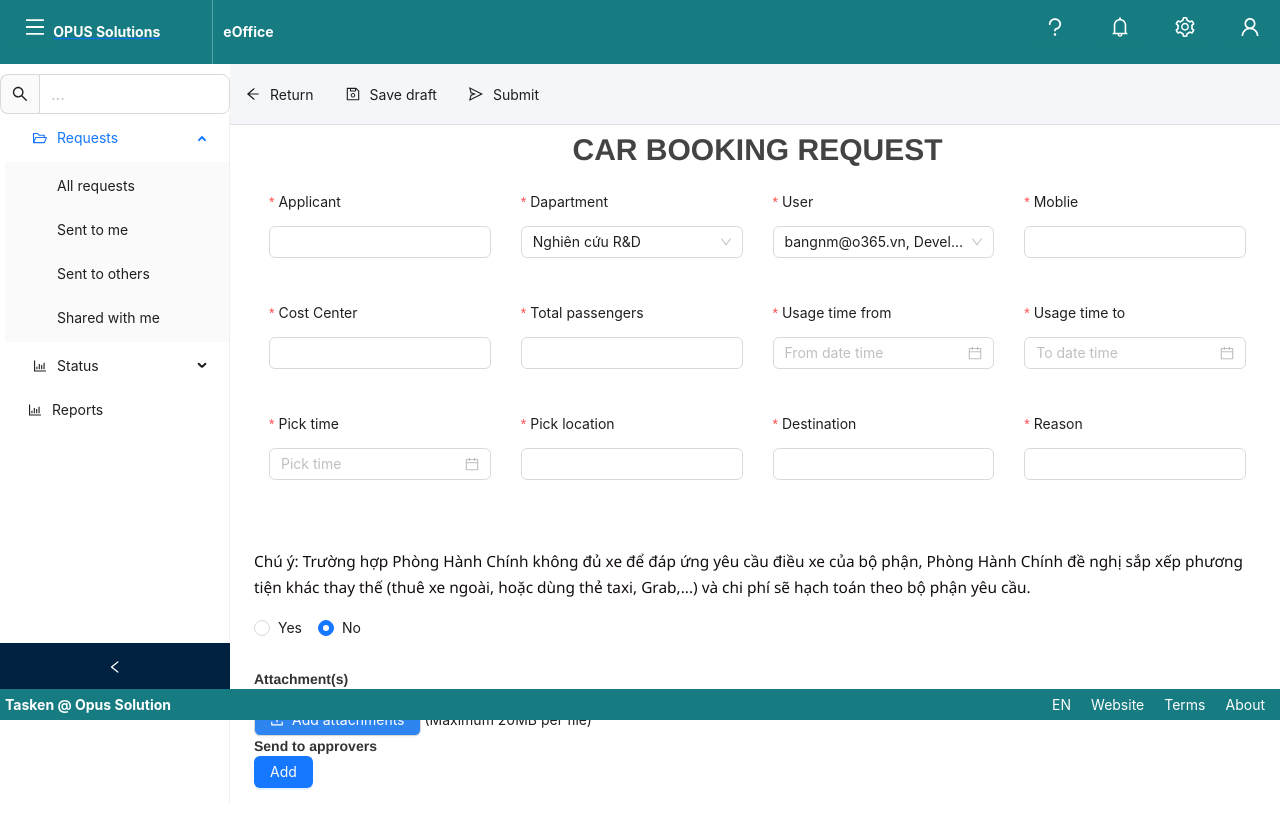
Repository: vannam272008/car-booking
Page: /request/addrequest
These files come from the project's save history. The page is drawn as it stood at one moment and after the next save; the edit follows.
The browser window is 1280 px wide. The pictures show the whole page.
The project was rebuilt for these pictures with package versions that can differ from the ones it lists, and the page was loaded fresh each time. Also part of the build but not shown: src/Components/DetailRequest/Comments/comment.tsx, src/Components/DetailRequest/Menu/menu.tsx, src/Components/DetailRequest/Detail/detail.tsx, src/Pages/ManageRequest/index.css, src/Pages/ManageRequest/ManageRequest.tsx, src/Components/AddRequest/AddRequest/addRequest.css. Imported but missing from the stored project, and not drawn on this page: src/Pages/Home.

Above is the page before, as saved 2023-07-07 09:55:16.

### src/index.tsx
import React from 'react';
import ReactDOM from 'react-dom/client';
import './index.css';
import App from './App';
import reportWebVitals from './reportWebVitals';
import { BrowserRouter } from 'react-router-dom';
import { Provider } from 'react-redux';
import { configureStore } from '@reduxjs/toolkit';
import requestReducer from './Reducers/requestReducer';
import { store } from './Store/store';


const root = ReactDOM.createRoot(
  document.getElementById('root') as HTMLElement
);
root.render(
  <Provider store={store}>
    <React.StrictMode>
      <BrowserRouter>
        <App />
      </BrowserRouter>
    </React.StrictMode>
  </Provider>
);

// If you want to start measuring performance in your app, pass a function
// to log results (for example: reportWebVitals(console.log))
// or send to an analytics endpoint. Learn more: https://bit.ly/CRA-vitals
reportWebVitals();

### src/App.tsx
import { Route, Routes } from 'react-router-dom';
import './App.css';
import Home from './Pages/Home';
import DetailRequest from './Components/DetailRequest/Detail/detail';
import ManageRequest from './Pages/ManageRequest/ManageRequest';
import AddRequest from './Components/AddRequest/AddRequest';


function App() {
  return (
    <Routes>
      <Route path="/" element={<Home />} />
      <Route path="/request/carbooking" element={<ManageRequest />} />
      <Route path="/request/detail" element={<DetailRequest />} />
      <Route path='/request/addrequest' element={<AddRequest />} />
      {/* <Route path="/employee/create" element={<AddEmployee />} />
        <Route path="/department/create" element={<AddDepartment />} /> */}
    </Routes>
  );
}

export default App;

### src/Store/store.ts
import requestReducer from "../Reducers/requestReducer";
import { configureStore, createStore } from "@reduxjs/toolkit";


// export const store = configureStore({
//     reduder: {
//         request: requestReducer
//     }
// });

export const store = createStore(requestReducer);

### src/Components/AddRequest/AddRequest/index.tsx
import React, { useState } from 'react';
import MenuAdd from '../MenuAdd';
import RequestLayout from '../../RequestLayout';
import { Col, Input, Row, Form, Select, DatePicker, Radio, RadioChangeEvent, Upload, Button } from 'antd';
import './addRequest.css'
import { UploadOutlined } from '@ant-design/icons';


function AddRequest(): JSX.Element {
    const profile = false;
    const { Option } = Select;
    const [value, setValue] = useState(2);
    const onChange = (e: RadioChangeEvent) => {
        console.log('radio checked', e.target.value);
        setValue(e.target.value);
    };

    const [inputs, setInputs] = useState<string[]>([]);

    const handleAddInput = () => {
        setInputs([...inputs, '']);
    };

    const handleInputChange = (index: number, value: string) => {
        const newInputs = [...inputs];
        newInputs[index] = value;
        setInputs(newInputs);
    };


    return (
        <RequestLayout profile={profile}>
            {() => (
                <div className='page-request'>
                    <MenuAdd />
                    <div className='page-content'>
                        <div className='table-request'>
                            <h2 className='title-request'>CAR BOOKING REQUEST</h2>
                            <div className='table-content'>
                                <Form className='form-add-request'>
                                    <Row className='row-request'>
                                        <Col span={6} className='col-request'>
                                            <Form.Item
                                                label="Applicant"
                                                name="Applicant"
                                                rules={[
                                                    {
                                                        required: true,
                                                    },
                                                ]}
                                                labelCol={{ span: 24 }}
                                            >
                                                <Input></Input>
                                            </Form.Item>
                                        </Col>
                                        <Col span={6} className='col-request'>
                                            <Form.Item
                                                label="Dapartment"
                                                name="Department"
                                                rules={[
                                                    {
                                                        required: true,
                                                        message: 'Select something!',
                                                    },
                                                ]}
                                                initialValue="1"
                                                labelCol={{ span: 24 }}
                                            >

                                                <Select className='select-add-request' >
                                                    <Option value="1" >
                                                        Nghiên cứu R&D                                                    </Option>
                                                    <Option value="2">
                                                        IT/ Technical                                                    </Option>
                                                </Select>
                                            </Form.Item>
                                        </Col>
                                        <Col span={6} className='col-request'>
                                            <Form.Item
                                                label="User"
                                                name="User"
                                                rules={[
                                                    {
                                                        required: true,
                                                        message: 'Select something!',
                                                    },
                                                ]}
                                                initialValue="1"
                                                labelCol={{ span: 24 }}
                                            >
                                                <Select>
                                                    <Option value="1">
                                                        bangnm@o365.vn, Developer
                                                    </Option>
                                                    <Option value="2">
                                                        bu.test5@o365.vn, Tài xế
                                                    </Option>
                                                </Select>
                                            </Form.Item>
                                        </Col>
                                        <Col span={6} className='col-request'>
                                            <Form.Item
                                                label="Moblie"
                                                name="Mobile"
                                                rules={[
                                                    {
                                                        required: true,
                                                    },
                                                ]}
                                                labelCol={{ span: 24 }}
                                            >
                                                <Input></Input>
                                            </Form.Item>
                                        </Col>
                                    </Row>
                                    <Row className='row-request'>
                                        <Col span={6} className='col-request'>
                                            <Form.Item
                                                label="Cost Center"
                                                name="CostCenter"
                                                rules={[
                                                    {
                                                        required: true,
                                                    },
                                                ]}
                                                labelCol={{ span: 24 }}
                                            >
                                                <Input></Input>
                                            </Form.Item>
                                        </Col>
                                        <Col span={6} className='col-request'>
                                            <Form.Item
                                                label="Total passengers"
                                                name="Totalpassengers"
                                                rules={[
                                                    {
                                                        required: true,
                                                    },
                                                ]}
                                                labelCol={{ span: 24 }}
                                            >
                                                <Input></Input>
                                            </Form.Item>
                                        </Col>
                                        <Col span={6} className='col-request'>
                                            <Form.Item
                                                label="Usage time from"
                                                name="Usagetimefrom"
                                                rules={[
                                                    {
                                                        required: true,
                                                    },
                                                ]}
                                                labelCol={{ span: 24 }}
                                            >
                                                <DatePicker placeholder='From date time' style={{ width: '100%' }} />
                                            </Form.Item>
                                        </Col>
                                        <Col span={6} className='col-request'>
                                            <Form.Item
                                                label="Usage time to"
                                                name="Usagetimeto"
                                                rules={[
                                                    {
                                                        required: true,
                                                    },
                                                ]}
                                                labelCol={{ span: 24 }}
                                            >
                                                <DatePicker placeholder='To date time' style={{ width: '100%' }} />
                                            </Form.Item>
                                        </Col>
                                    </Row>
                                    <Row className='row-request'>
                                        <Col span={6} className='col-request'>
                                            <Form.Item
                                                label="Pick time"
                                                name="Picktime"
                                                rules={[
                                                    {
                                                        required: true,
                                                    },
                                                ]}
                                                labelCol={{ span: 24 }}
                                            >
                                                <DatePicker placeholder='Pick time' style={{ width: '100%' }} />
                                            </Form.Item>
                                        </Col>
                                        <Col span={6} className='col-request'>
                                            <Form.Item
                                                label="Pick location"
                                                name="Picklocation"
                                                rules={[
                                                    {
                                                        required: true,
                                                    },
                                                ]}
                                                labelCol={{ span: 24 }}
                                            >
                                                <Input></Input>
                                            </Form.Item>
                                        </Col>
                                        <Col span={6} className='col-request'>
                                            <Form.Item
                                                label="Destination "
                                                name="Destination"
                                                rules={[
                                                    {
                                                        required: true,
                                                    },
                                                ]}
                                                labelCol={{ span: 24 }}
                                            >
                                                <Input></Input>
                                            </Form.Item>
                                        </Col>
                                        <Col span={6} className='col-request'>
                                            <Form.Item
                                                label="Reason"
                                                name="Reason"
                                                rules={[
                                                    {
                                                        required: true,
                                                    },
                                                ]}
                                                labelCol={{ span: 24 }}
                                            >
                                                <Input></Input>
                                            </Form.Item>
                                        </Col>
                                    </Row>
                                </Form>
                            </div>
                        </div>
                        <div className='attention-radio'>
                            <p>Chú ý: Trường hợp Phòng Hành Chính không đủ xe để đáp ứng yêu cầu điều xe của bộ phận, Phòng Hành Chính đề nghị sắp xếp phương tiện khác thay thế (thuê xe ngoài, hoặc dùng thẻ taxi, Grab,...) và chi phí sẽ hạch toán theo bộ phận yêu cầu.</p>
                            <Radio.Group onChange={onChange} value={value}>
                                <Radio value={1}>Yes</Radio>
                                <Radio value={2}>No</Radio>
                            </Radio.Group>
                        </div>
                        <div className='Attachment'>
                            <b>Attachment(s)</b>
                        </div>
                        <div className='reply-upload-comment'>
                            <Upload>
                                <Button icon={<UploadOutlined />} style={{ backgroundColor: 'rgb(47,133,239)', color: 'white' }}>Add attachments</Button>
                                <span> (Maximum 20MB per file)</span>
                            </Upload>
                        </div>
                        <div>
                            <b>Send to approvers</b>
                            <div>
                                {inputs.map((input, index) => (
                                    <Input
                                        key={index}
                                        value={input}
                                        onChange={(e) => handleInputChange(index, e.target.value)}
                                    />
                                ))}
                                <Button type="primary" onClick={handleAddInput}>
                                    Add
                                </Button>
                            </div>
                        </div>
                    </div>
                </div>
            )
            }
        </RequestLayout >
    );
}

export default AddRequest;

### src/Reducers/requestReducer.ts
// interface RequestState {
//     requestList: string[]
// }

const initState = {
    requestList: [],
    success: true,
}

const requestReducer = (state = initState, action: { type: any; payload: any }) => {
    switch (action.type) {
        case 'SET_REQUEST_LIST':
            return {
                ...state,
                requestList: action.payload,
                success: false
            }
        default:
            return state
    }
}

export default requestReducer

### src/Components/RequestLayout/index.jsx
import React, { useState } from 'react';
import { LaptopOutlined, NotificationOutlined, UserOutlined } from '@ant-design/icons';
import { Layout, theme } from 'antd';
import AppHeader from '../../Components/AppHeader';
import AppSider from '../../Components/AppSider';
import AppFooter from '../../Components/AppFooter';

import "./RequestLayout.scss";

const { Content } = Layout;

const RequestLayout = ({ profile, children }) => {
    const {
        token: { colorBgContainer },
    } = theme.useToken();

    return (
        <div className='manage-request'>
            <AppHeader />
            <Content>
                <Layout style={{ padding: '24px 0', backgroundColor: colorBgContainer }}>
                    <AppSider profile={profile} />
                    <Layout style={{ padding: '24px 0px',backgroundColor: colorBgContainer}}>
                        <Content style={{ padding: '0 24px', minHeight: 280 }}>
                            {children()}
                        </Content>
                    </Layout>
                </Layout>
            </Content>
            <AppFooter />
        </div>


    );
};

export default RequestLayout;

### src/Components/AddRequest/MenuAdd/index.tsx
import React from 'react';
import { Menu } from 'antd';
import {
    ArrowLeftOutlined,
    SaveOutlined,
    SendOutlined
} from '@ant-design/icons';
import './menuAdd.css'

function MenuAdd(): JSX.Element {
    return (
        <div>
            <Menu mode="horizontal" className='fixed-menu '>
                <Menu.Item key="return" icon={<ArrowLeftOutlined />}>
                    Return
                </Menu.Item>
                <Menu.Item key="savedraft" icon={<SaveOutlined />}>
                    Save draft
                </Menu.Item>
                <Menu.Item key="submit" icon={<SendOutlined />}>
                    Submit
                </Menu.Item>
            </Menu>
        </div>
    );
}

export default MenuAdd;

### src/Components/DetailRequest/Menu/menu.css
.fixed-menu {
    position: fixed;
    top: 64px;
    width: 100%;
    z-index: 999;
    border-bottom: 1px solid #e1e1e1;
    border-top-left-radius: 0;
    background-color: rgb(245,246,250);
    min-height: 61px;
    display: flex;
    align-items: center;
    flex-wrap: wrap;
    margin-left: -24px;
}

.fixed-menu .Menu.Item {
    white-space: nowrap;
    margin: 0 10px;
    color: #8894A1;
    font-weight: 500;
    text-decoration: none;
    outline: none;
    transition: all 0.3s;
    cursor: pointer;
    background-color: transparent;
}

### src/Components/AppFooter/index.tsx
import { Layout } from 'antd';
import "./AppFooter.scss";

const { Footer } = Layout

const AppFooter = () => {
    return (
        <Footer className='mcs-footer'>
            <div>
                <span className='footer-left'><b>Tasken @ Opus Solution</b></span>
                <div className='footer-right'>
                    <span>EN</span>
                    <span>Website</span>
                    <span>Terms</span>
                    <span>About</span>
                </div>
            </div>

        </Footer>)
}

export default AppFooter;

### src/Components/AppSider/AppSider.scss
.ant-layout {
        & li {
                padding-left: 5px;
        }

        & .ant-layout-sider {
                position: sticky;
                left: 0;
                margin-top: 50px;



        }

        & .ant-layout-sider-children {}

        & .ant-layout-sider-trigger {
                margin-bottom: 29px;
        }
}

### src/Components/AppFooter/AppFooter.scss
.mcs-footer {
    background-color: #167c82;
    color: #fff;
    position: fixed;
    width: 100%;
    bottom: 0;
    padding: 5px;

    & .footer-left {
        float: left;
    }

    & .footer-right {
        float: right;

        & span {
            padding-left: 10px;
            padding-right: 10px;
        }
    }
}

Loaded but not shown: public/index.html (common file); src/index.css (common file); src/reportWebVitals.ts (common file); src/App.css (common file); src/Components/AppHeader/index.tsx (200 lines, source omitted); src/Components/AppHeader/AppHeader.scss (220 lines, source omitted); src/Components/AppSider/index.tsx (92 lines, source omitted); src/Components/DetailRequest/Detail/detail.css (120 lines, source omitted); src/Components/DetailRequest/Comments/comment.css (108 lines, source omitted); src/Components/AddRequest/MenuAdd/menuAdd.css (no stored copy; drawn as an empty file); src/Components/RequestLayout/RequestLayout.scss (no stored copy; drawn as an empty file)

After the next save:
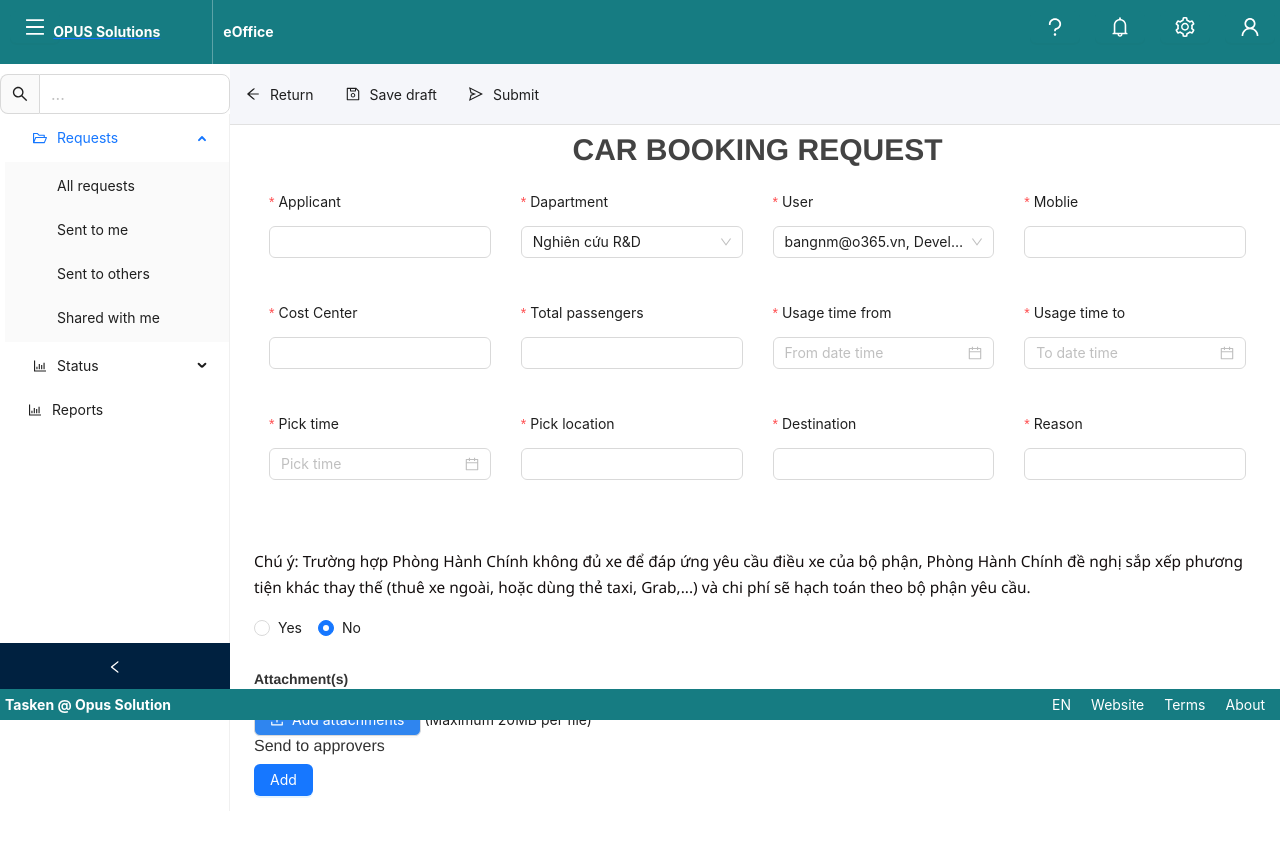
Saved 67 s later.
--- a/src/Components/AddRequest/AddRequest/index.tsx
+++ b/src/Components/AddRequest/AddRequest/index.tsx
@@ -249,7 +249,7 @@ function AddRequest(): JSX.Element {
                             </Upload>
                         </div>
                         <div>
-                            <b>Send to approvers</b>
+                            <h6>Send to approvers</h6>
                             <div>
                                 {inputs.map((input, index) => (
                                     <Input
